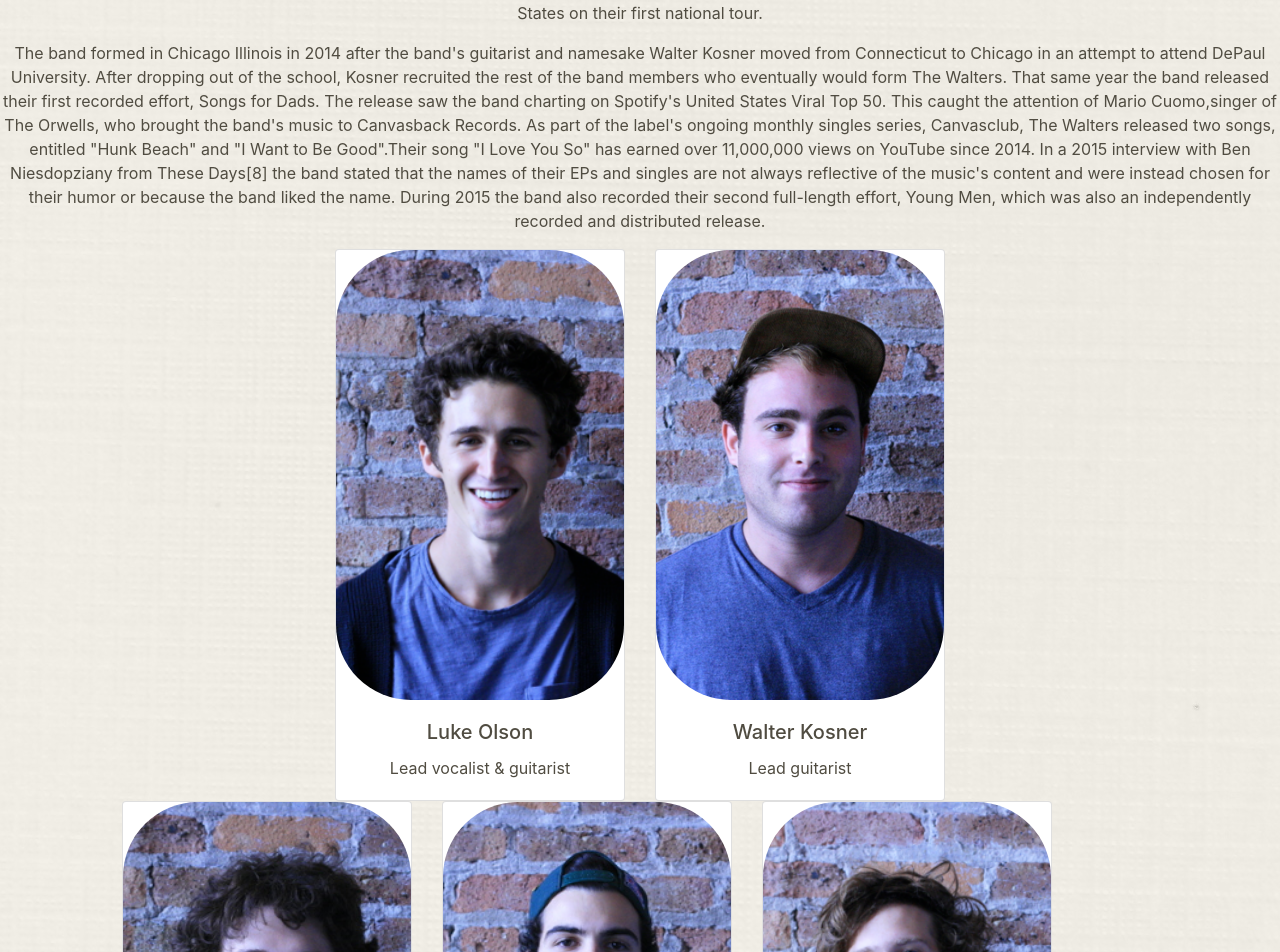
Repository: yucheng91/CIassignment1
Page: index.html
The author's editor kept a record of every edit. The page is drawn from the files as they stood at one moment, then again after the next edit.
The browser window is 1280 px wide. The pictures show the part of the page from y = 1449 to 2401 px (the page is 4015 px tall).

Above is the page before.

After the next edit:
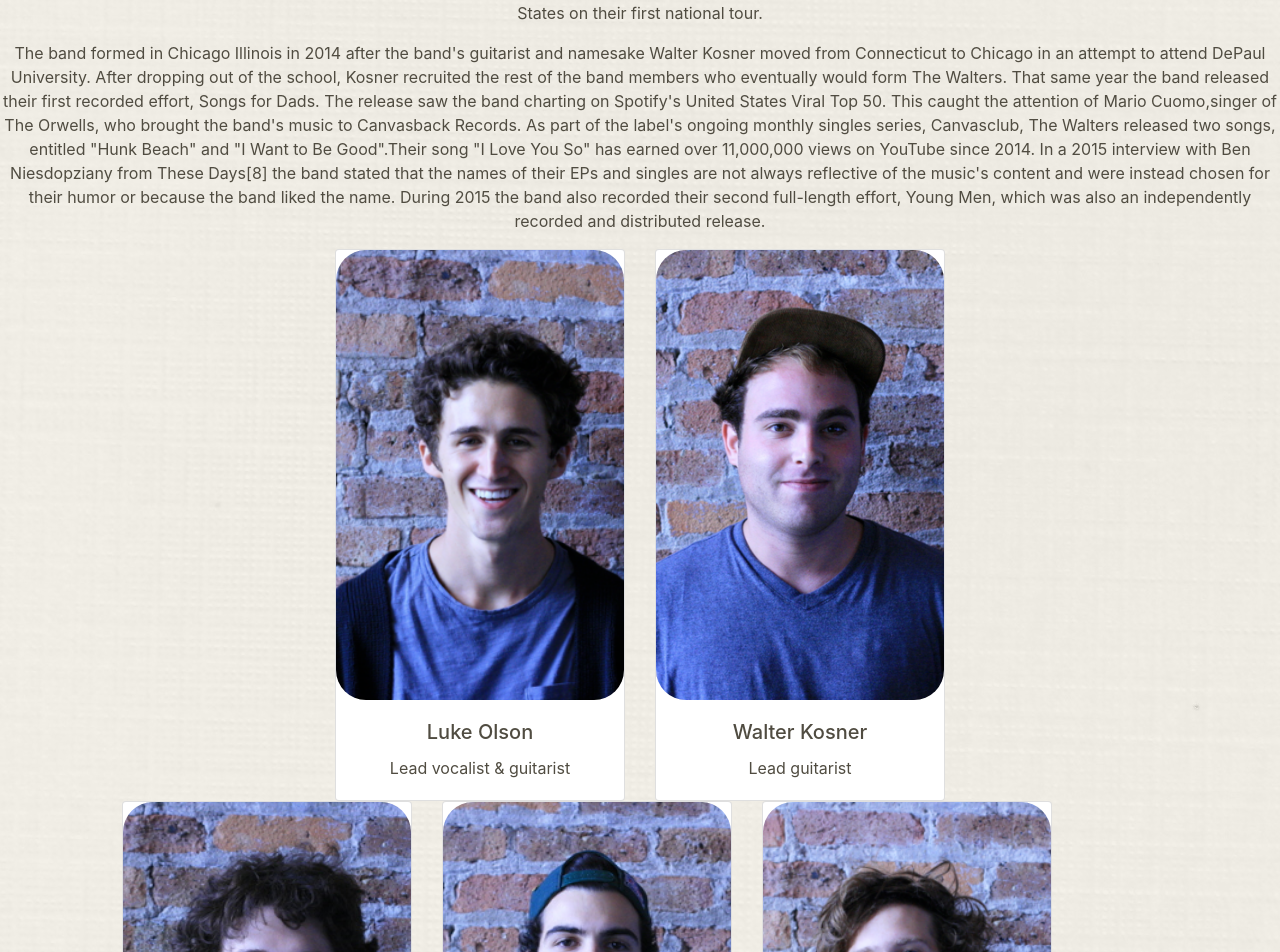
The edit:
--- a/newstyle.css
+++ b/newstyle.css
@@ -77,7 +77,7 @@
 }
 
 #themembers img{
-    border-radius: 75px;
+    border-radius: 30px;
     height:450px;
 }
 
